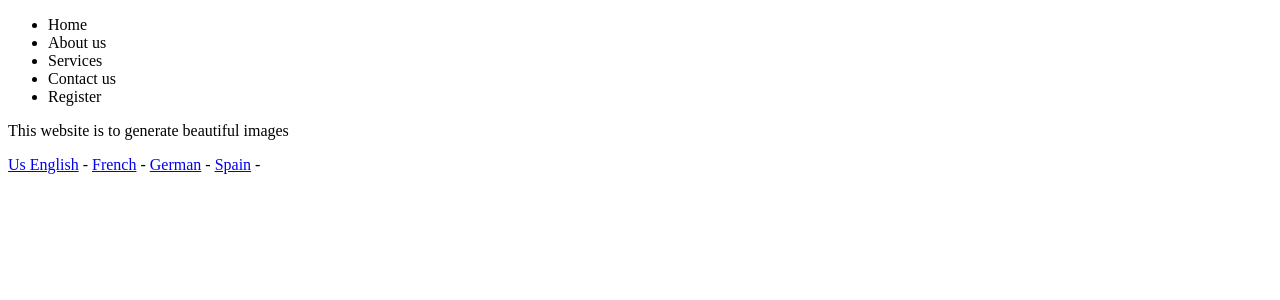
Repository: ZawMinKhantOrLeon/JavaEEWS
Page: http://localhost/jsp_servlet/multi-lang-app.jsp?locale=en_Us
These files come from the project's save history. The page is drawn as it stood at one moment and after the next save; the edit follows.
The browser window is 1280 px wide. The pictures show the whole page.
The page is served by Tomcat 10.

Above is the page before, as saved 2024-02-22 07:47:05.

After the next save:
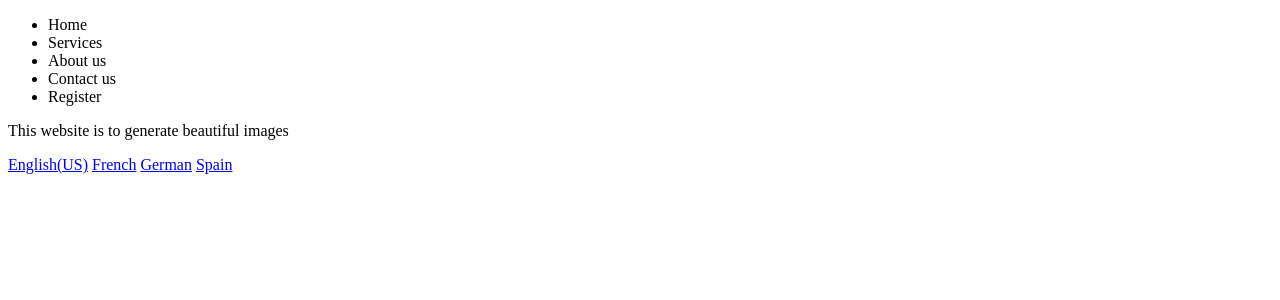
Saved 22 s later.
--- a/jsp_servlet/src/main/webapp/multi-lang-app.jsp
+++ b/jsp_servlet/src/main/webapp/multi-lang-app.jsp
@@ -1,33 +1,30 @@
 <%@ page language="java" contentType="text/html; charset=ISO-8859-1"
     pageEncoding="ISO-8859-1"%>
- <%@ taglib uri="jakarta.tags.core" prefix="c" %>
- <%@ taglib uri="jakarta.tags.fmt" prefix="fmt" %>
+   <%@ taglib uri="jakarta.tags.core" prefix="c" %>
+     <%@ taglib uri="jakarta.tags.fmt" prefix="fmt" %>
 
- <c:set var="localeParam" value=" ${not empty param.locale ? param.locale : pageContext.request.locale } " > </c:set>
- <fmt:setLocale value="${localeParam}" />
- <fmt:setBundle basename="i18n_resource.Language" />
-
-
+  <c:set var="localeParam" value="${not empty param.locale ? param.locale : pageContext.request.locale}"></c:set>
+  <fmt:setLocale value="${localeParam}" />
+  <fmt:setBundle basename="i18n_resource.Language"/>
 <!DOCTYPE html>
 <html>
 <head>
 <meta charset="ISO-8859-1">
-<title>Multi Lang App </title>
+<title>Insert title here</title>
 </head>
 <body>
-
 	<ul>
-		<li> <fmt:message key="home" /> </li>
+		<li><fmt:message key="home" /></li>
+		<li> <fmt:message key="services" /> </li>
 		<li> <fmt:message key="aboutus" /> </li>
-		<li> <fmt:message key="services" /> </li>
-		<li> <fmt:message key="contactus" /> </li>
+		<li> <fmt:message key="contactus" /></li>
 		<li> <fmt:message key="register" /> </li>
 	</ul>
-	<p><fmt:message key="content"/></p>
+	<p> <fmt:message key="content" /></p>
 
-	<a href="multi-lang-app.jsp?locale=en_Us">Us English</a> -
-	<a href="multi-lang-app.jsp?locale=fr_FR">French</a> -
-	<a href="multi-lang-app.jsp?locale=de_DE">German</a> -
-	<a href="multi-lang-app.jsp?locale=es_ES">Spain</a> -
+	<a href="multi-lang-app.jsp?locale=en_US">English(US)</a>
+	<a href="multi-lang-app.jsp?locale=fr_FR">French</a>
+	<a href="multi-lang-app.jsp?locale=de_DE">German</a>
+	<a href="multi-lang-app.jsp?locale=es_ES">Spain</a>
 </body>
 </html>
